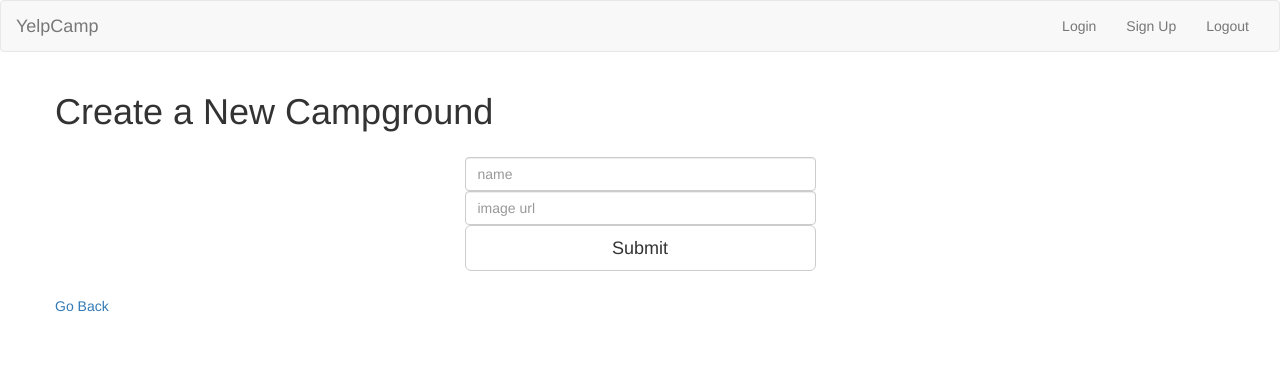
Repository: iceljc/web-development
Page: http://localhost/campgrounds/new
The author's editor kept a record of every edit. The page is drawn from the files as they stood at one moment, then again after the next edit.
The browser window is 1280 px wide. The pictures show the whole page.
The page is served by the project's Node server (YelpCamp/v1/app.js).

Above is the page before.

### YelpCamp/v1/views/new.ejs
<% include partials/header %>

<div class="container">
    <div class="row">
        <h1>Create a New Campground</h1>
        <div style="width: 30%; margin: 25px auto;">
            <form action="/campgrounds" method="POST">
                <input class="form-control" type="text" name="name" placeholder="name">
                <input class="form-control" type="text" name="image" placeholder="image url">
                <button class="btn btn-lg btn-default btn-block">Submit</button>
            </form>
        </div>

        <a href="/campgrounds">Go Back</a>
    </div>
</div>



<% include partials/footer %>

### YelpCamp/v1/views/partials/header.ejs
<!DOCTYPE html>
<html>
    <head>
        <title>YelpCamp</title>
        <link rel="stylesheet" href="https://maxcdn.bootstrapcdn.com/bootstrap/3.3.5/css/bootstrap.min.css">
    </head>
    <body>
    <nav class="navbar navbar-default">
        <div class="container-fluid">
            <div class="navbar-header">
                <a class="navbar-brand" href="/">YelpCamp</a>
            </div>
            <div class="collapse navbar-collapse">
                <ul class="nav navbar-nav navbar-right">
                    <li><a href="/">Login</a></li>
                    <li><a href="/">Sign Up</a></li>
                    <li><a href="/">Logout</a></li>
                </ul>
            </div>
        </div>
    </nav>

### YelpCamp/v1/app.js
var express = require("express");
var app = express();
var bodyParser = require("body-parser");

app.use(bodyParser.urlencoded({extended: true}));
app.set("view engine", "ejs");


var campgrounds = [
        {name: "Salmon Creek", image: "https://farm9.staticflickr.com/8442/7962474612_bf2baf67c0.jpg"},
        {name: "Granite Hill", image: "https://farm1.staticflickr.com/60/215827008_6489cd30c3.jpg"},
        {name: "Mountain Goat's Rest", image: "https://farm7.staticflickr.com/6057/6234565071_4d20668bbd.jpg"},
        {name: "Salmon Creek", image: "https://farm9.staticflickr.com/8442/7962474612_bf2baf67c0.jpg"},
        {name: "Granite Hill", image: "https://farm1.staticflickr.com/60/215827008_6489cd30c3.jpg"},
        {name: "Mountain Goat's Rest", image: "https://farm7.staticflickr.com/6057/6234565071_4d20668bbd.jpg"},
        {name: "Salmon Creek", image: "https://farm9.staticflickr.com/8442/7962474612_bf2baf67c0.jpg"},
        {name: "Granite Hill", image: "https://farm1.staticflickr.com/60/215827008_6489cd30c3.jpg"},
        {name: "Mountain Goat's Rest", image: "https://farm7.staticflickr.com/6057/6234565071_4d20668bbd.jpg"}
    ];



app.get("/", function(req, res){
    res.render("landing");
});


app.get("/campgrounds", function(req, res){
    res.render("campgrounds", {campgrounds:campgrounds});
});


app.get("/campgrounds/new", function(req, res){
    res.render("new");
});


app.post("/campgrounds", function(req, res){
    // get data from form and add to campgrounds array
    var name = req.body.name;
    var image = req.body.image;
    var newCampground = {name: name, image: image};
    campgrounds.push(newCampground);
    //redirect back to campgrounds page
    res.redirect("/campgrounds");
});


app.listen(process.env.PORT, process.env.IP, function(){
   console.log("The YelpCamp Server Has Started!");
});

Loaded but not shown: YelpCamp/v1/views/partials/footer.ejs (common file)

After the next edit:
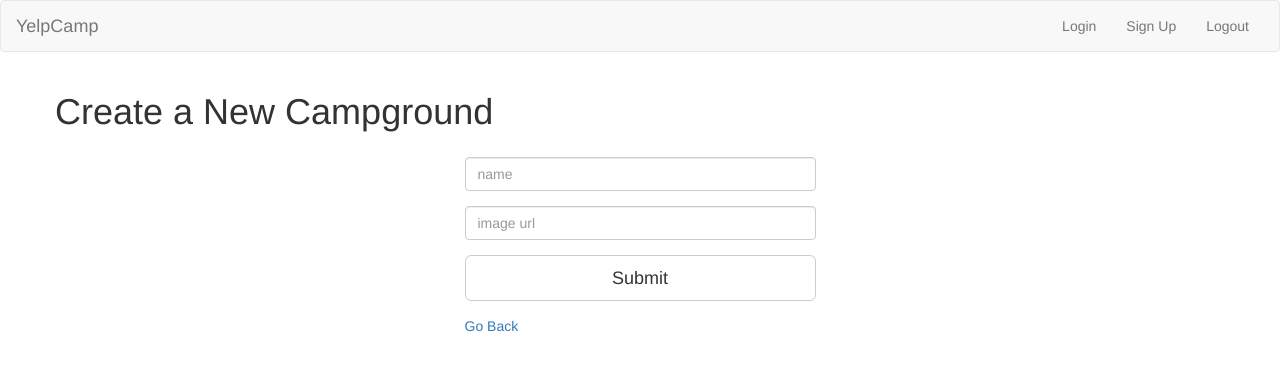
The edit:
--- a/YelpCamp/v1/views/new.ejs
+++ b/YelpCamp/v1/views/new.ejs
@@ -5,8 +5,13 @@
         <h1>Create a New Campground</h1>
         <div style="width: 30%; margin: 25px auto;">
             <form action="/campgrounds" method="POST">
-                <input class="form-control" type="text" name="name" placeholder="name">
+                <div class="form-group">
+                    <input class="form-control" type="text" name="name" placeholder="name">
+                </div>
+                <div class="form-group">
                 <input class="form-control" type="text" name="image" placeholder="image url">
+                </div>
+                <div class="form-group">
                 <button class="btn btn-lg btn-default btn-block">Submit</button>
             </form>
         </div>
